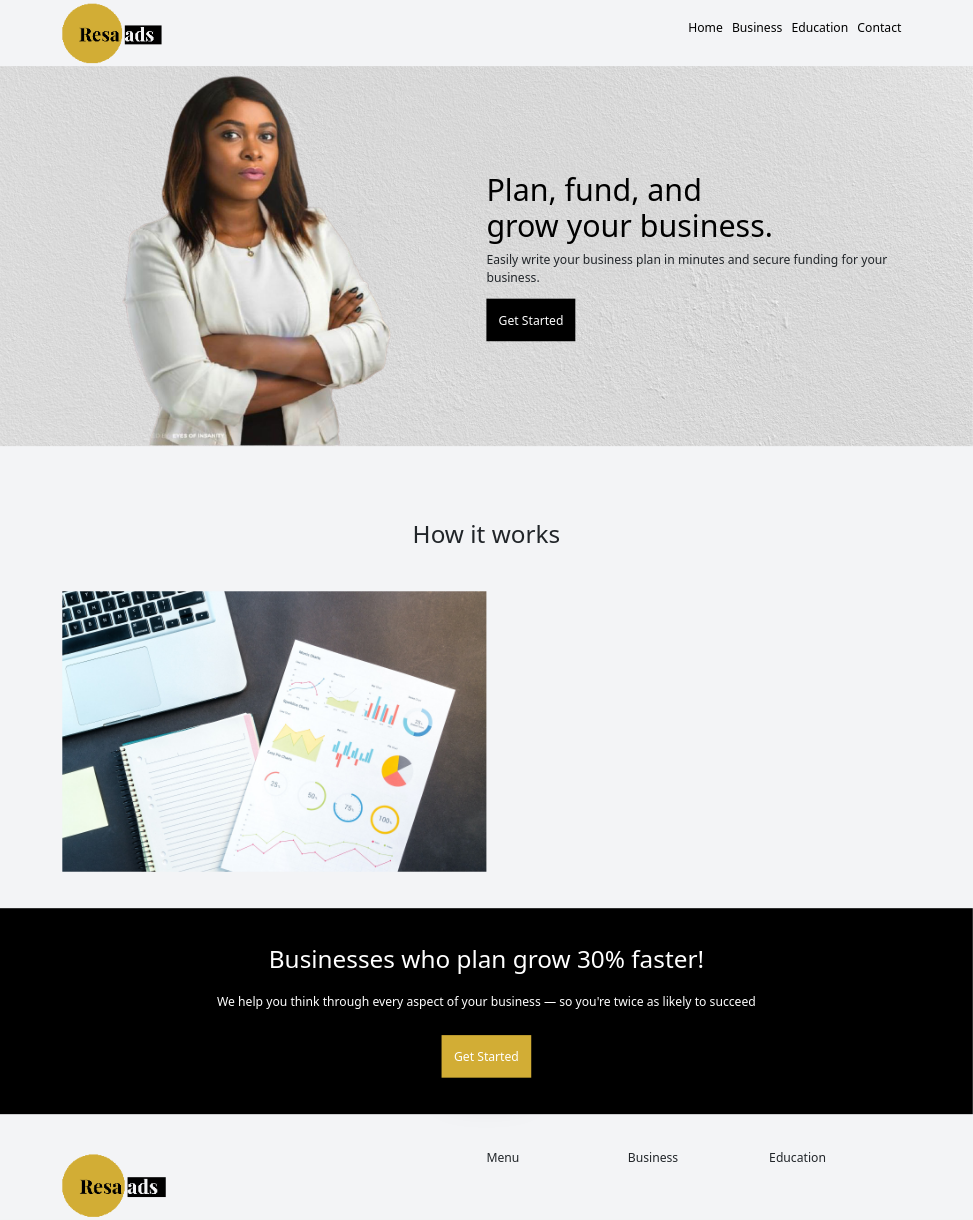
Repository: latenightsnacc/resaads-consults
Page: index.html
These files come from the project's save history. The page is drawn as it stood at one moment and after the next save; the edit follows.
The browser window is 1280 px wide. The pictures show the whole page, at 76% of full size.
Some web libraries are served in a nearby version.

Above is the page before, as saved 2021-08-05 11:22:11.

### index.html
<!DOCTYPE html>
<html lang="en">
<head>
    <meta charset="UTF-8">
    <meta http-equiv="X-UA-Compatible" content="IE=edge">
    <meta name="viewport" content="width=device-width, initial-scale=1.0">
    <!--Tailwind Css-->
    <link href="https://unpkg.com/tailwindcss@^2/dist/tailwind.min.css" rel="stylesheet">
    <!--Bootstrap CSS-->
    <link href="https://cdn.jsdelivr.net/npm/bootstrap@5.0.0-beta3/dist/css/bootstrap.min.css" rel="stylesheet" integrity="sha384-eOJMYsd53ii+scO/bJGFsiCZc+5NDVN2yr8+0RDqr0Ql0h+rP48ckxlpbzKgwra6" crossorigin="anonymous">
    <!--Font Awesome 5 CDN-->
    <link href="https://cdnjs.cloudflare.com/ajax/libs/font-awesome/5.13.0/css/all.min.css" rel="stylesheet">
    <!--Material Icons-->
    <link href="https://fonts.googleapis.com/css?family=Material+Icons|Material+Icons+Outlined|Material+Icons+Two+Tone|Material+Icons+Round|Material+Icons+Sharp" rel="stylesheet">
    <!--Google Font-->
    <link rel="preconnect" href="https://fonts.gstatic.com">
    <link href="https://fonts.googleapis.com/css2?family=Archivo:wght@400;700&display=swap" rel="stylesheet">
    <!--Page Title-->
    <title>Resaads Consults</title>

    <style>
        .primary-bg {
            background-color: #d2ad35 ;
        }
        a.primary:hover {
            color: #d2ad35;
            font-weight: 500;
        }
        #banner {
            background-image: url('assets/images/pexels-lorenzo-242236.jpg');
            background-size: cover;
        }

    </style>
</head>
<body class="bg-gray-100">
    <header class="container">
        <nav class="flex flex-row w-full justify-between items-center">
            <a href="index.html" class="w-36">
                <img src="assets/logos/Logo-150px-removebg-preview.png" alt="" class="w-full">
            </a>
            <ul class="flex flex-row">
                <li class="mr-3">
                    <a href="index.html" class="text-black no-underline primary">Home</a>
                </li>
                <li class="mr-3">
                    <a href="" class=" text-black no-underline primary">Business</a>
                </li>
                <li class="mr-3">
                    <a href="" class=" text-black no-underline primary">Education</a>
                </li>
                <li class="mr-3">
                    <a href="" class="text-black no-underline primary">Contact</a>
                </li>
            </ul>
        </nav>
    </header>
    <main>
        <section id="banner">
            <div class="container">
                <div class="flex flex-row">
                    <div class="w-1/2">
                        <img src="assets/images/Front-Banner-removebg-preview.png" alt="">
                    </div>
                    <div class="w-1/2 flex flex-col justify-center items-start">
                        <h1 class="text-black fontbold">
                            Plan, fund, and
                            <br/><span>grow your business.</span>
                        </h1>
                        <p>Easily write your business plan in minutes and secure funding for your business. </p>
                        <a href="#" class="">
                            <button class="bg-black text-white p-3">Get Started</button>
                        </a>
                    </div>
                </div>
            </div>
        </section>
        <!--Spacer-->
        <div class="my-5"></div>
        <section id="how-it-works">
            <div class="container">
                <h2 class="text-center py-5">How it works</h2>
                <div class="flex flex-row">
                    <div class="w-1/2">
                        <img src="assets/images/pexels-lukas-669619.jpg" alt="">
                    </div>
                    <div class="w-1/2"></div>
                </div>
            </div>
        </section>
        <!--Spacer-->
        <div class="my-5"></div>
        <section class="bg-black text-white py-5">
            <div class="container">
                <h2 class="text-center">Businesses who plan grow 30% faster!</h2>
                <div class="flex flex-col items-center">
                    <p class="text-center py-3">We help you think through every aspect of your business — so you're twice as likely to succeed</p>
                    <a href="#" class="">
                        <button class="primary-bg text-white p-3 shadow-2xl">Get Started</button>
                    </a>
                </div>
            </div>
        </section>
    </main>
    <!--Spacer-->
    <div class="my-5"></div>
    <footer>
        <div class="container">
            <div class="flex flex-row">
                <div class="w-1/2">
                    <a href="index.html" class="w-36">
                        <img src="assets/logos/Logo-150px-removebg-preview.png" alt="" class="" data-title="Photo by Kampus Production from Pexels">
                    </a>
                </div>
                <div class="w-1/2">
                    <div class="flex flex-row">
                        <div class="w-1/3">
                            <h6>Menu</h6>
                        </div>
                        <div class="w-1/3">
                            <h6>Business</h6>
                        </div>
                        <div class="w-1/3">
                            <h6>Education</h6>
                        </div>
                    </div>
                </div>
            </div>
        </div>
    </footer>
</body>
</html>

After the next save:
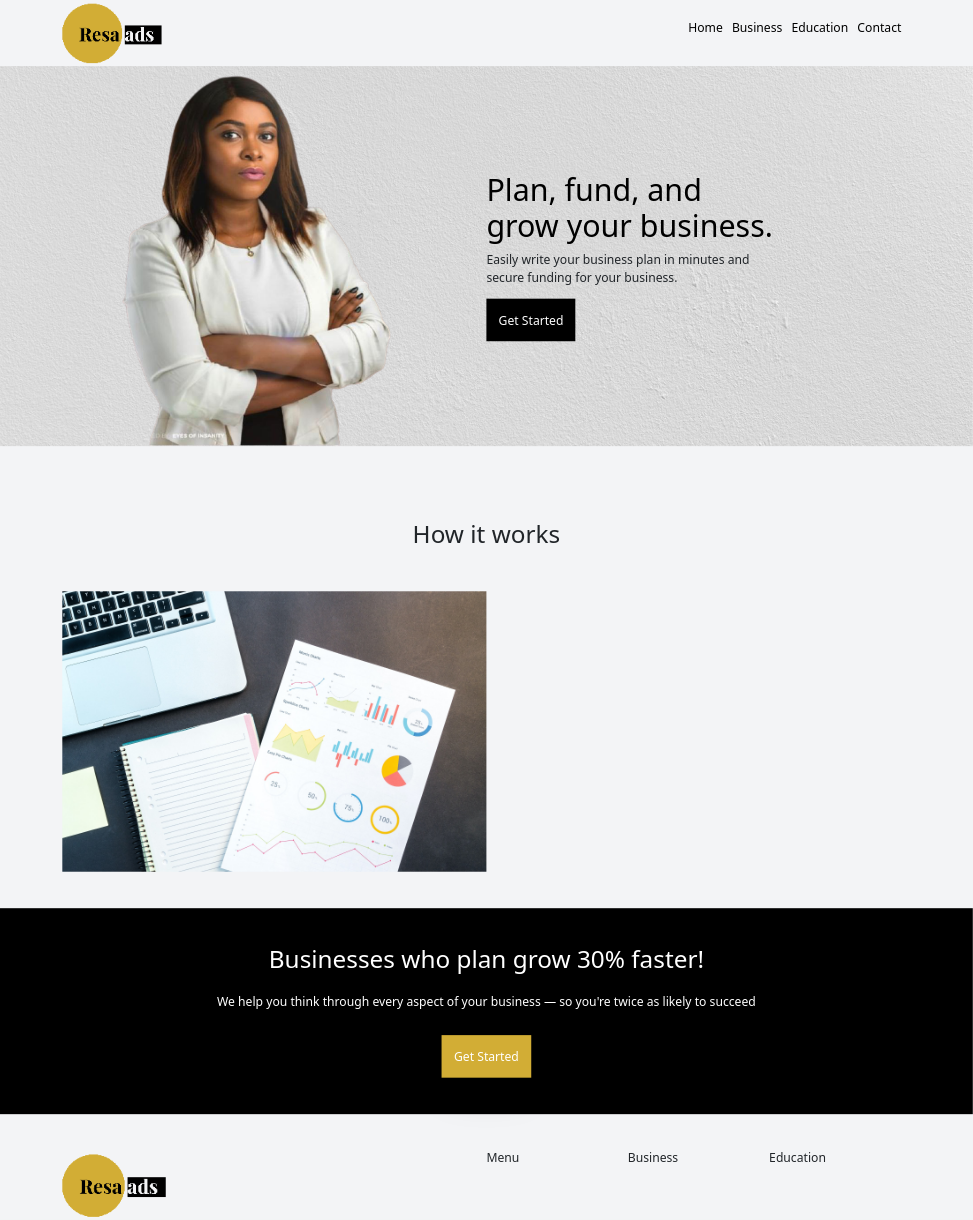
Saved 21 s later.
--- a/index.html
+++ b/index.html
@@ -67,7 +67,7 @@
                             Plan, fund, and
                             <br/><span>grow your business.</span>
                         </h1>
-                        <p>Easily write your business plan in minutes and secure funding for your business. </p>
+                        <p>Easily write your business plan in minutes and <br/>secure funding for your business. </p>
                         <a href="#" class="">
                             <button class="bg-black text-white p-3">Get Started</button>
                         </a>
